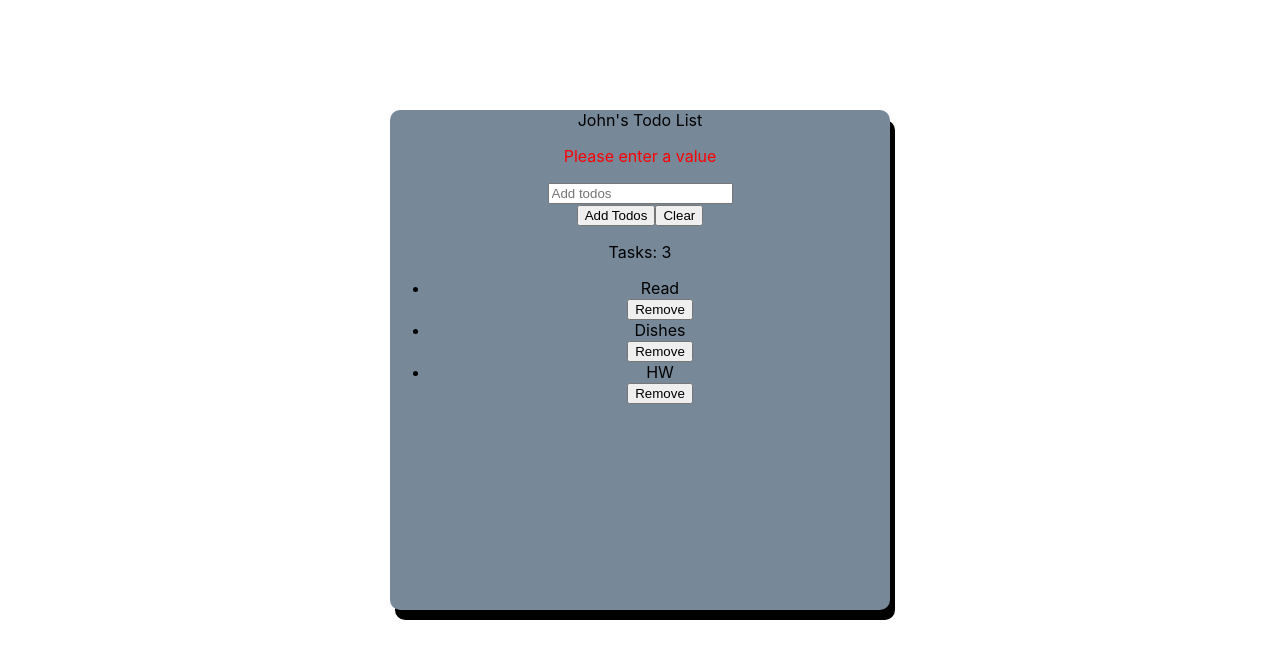
Repository: JohnKang0720/Simple-Todo-List
Page: /
An editor plug-in stored every save of this project. The page is shown before and after the next save, followed by the edit.
The browser window is 1280 px wide. The pictures show the whole page.
The project was rebuilt for these pictures with package versions that can differ from the ones it lists, and the page was loaded fresh each time.

Above is the page before, as saved 2021-05-28 21:17:27.

After the next save:
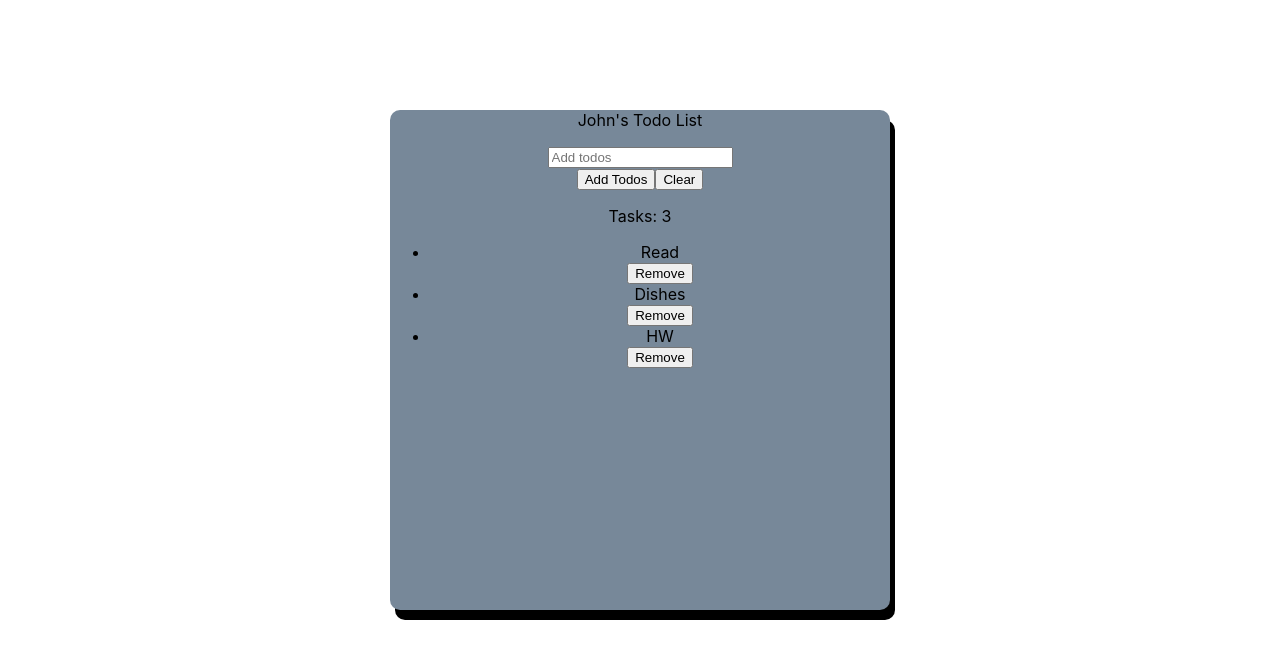
Saved 7 s later.
--- a/src/Todoform.js
+++ b/src/Todoform.js
@@ -27,7 +27,7 @@ function Todoform() {
 
     return (
         <div>
-            <p style = {{color: "red"}}> {alert} </p>
+            <p style = {{color: "red"}}> {alerted && alert} </p>
        <form onSubmit = {handleSubmit}>
            <input type = "text" placeholder = "Add todos" onChange = {handleChange} value = {title}/>
            <div>
